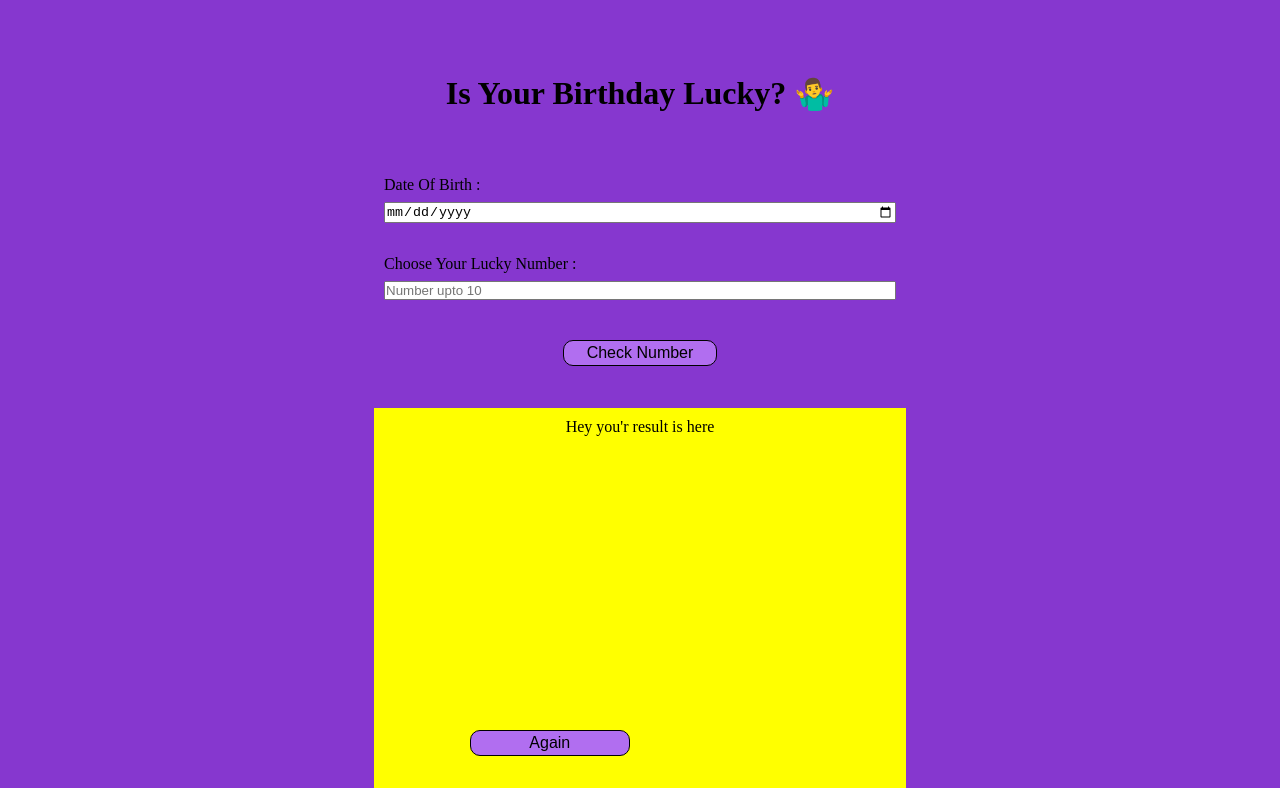
Repository: patelamancode/Lucky-Birthday-App
Page: index.html
These files come from the project's save history. The page is drawn as it stood at one moment and after the next save; the edit follows.
The browser window is 1280 px wide. The pictures show the whole page.

Above is the page before, as saved 2022-11-23 15:20:36.

### index.html
<!DOCTYPE html>
<html lang="en">
<head>
    <meta charset="UTF-8">
    <meta http-equiv="X-UA-Compatible" content="IE=edge">
    <meta name="viewport" content="width=device-width, initial-scale=1.0">
    <link rel="stylesheet" href="index.css">
    <title>Is your birthday lucky</title>
</head>
<body>
    <div id="main-container">
        <h1 class="app-title">Is Your Birthday Lucky? 🤷‍♂️</h1>
        <label for="date-of-birth" class="dob">Date Of Birth :</label>
        <input type="date" id="selected-dob">
        <label for="lucky-number" class="favourite-number">Choose Your Lucky Number :</label>
        <input type="number" class="user-number" placeholder="Number upto 10">
        <button id="check-btn">Check Number</button>
    </div>
    <div id="graphic-container">
        <p id="final-result">Hey you'r result is here</p>
        <button id="back-btn">Again</button>
    </div>
    <script src="index.js"></script>
</body>
</html>

### index.css
*{
    margin: 0;
    padding: 0;
}
 body{
    background-color: rgb(134, 55, 207);
 }

 #main-container {
    display: flex;
    flex-direction: column;
    width: 40vw;
    margin: auto;
    margin-top: 2rem;
    padding: 10px;
    text-align: center;
 }

 .app-title{
    margin: 2rem 0;
 }
 label{
    width: auto;
    text-align: left;
    margin-top: 2rem;
    margin-bottom: 0.5rem;
 }
 /* input{
    -webkit-appearance: none;
    box-shadow: none !important;
 } */
 button{
    margin: auto;
    margin-top: 2.5rem;
    width: 30%;
    padding: 3px;
    font-size: 1rem;
    font-weight: 500;
    border: 1px solid;
    background-color: rgb(177, 110, 240);
    border-radius: 10px;
 }

/* change in display to flex from none */
 #graphic-container{
    display: flex;
    flex-direction: column;
    width: 40vw;
    height: 50vh;
    margin: auto;
    margin-top: 2rem;
    padding: 10px;
    text-align: center;
    background-color: yellow;
    position: relative;

 }
 .final-result{

 }

 #back-btn{
   position: absolute;
   bottom: 2rem;
   left: 6rem;
 }

### index.js
const checkButton = document.querySelector('#check-btn');
const appContent = document.querySelector('#main-container');
const userBirthDate = document.querySelector('#selected-dob');
const luckyNumber = document.querySelector('.user-number');
const graphicDisplay = document.querySelector('#graphic-container');
const backButton = document.querySelector('#back-btn');



function showResult() {
    hideContent();
    graphicDisplay.style.display = "flex";
};

function hideContent() {
    appContent.style.display = "none";
};


function specialDateIs() {
    let value = userBirthDate.value.split("-");
    var sum = 0;
    for (let i = 0; i < value.length; i++) {
        sum += parseInt(value[i]);
    }
    console.log(sum);
    if (sum % luckyNumber.value == 0) {
        console.log("you have a special birthdate")
    } else console.log("Opps your birthdate is normal");

};


checkButton.addEventListener('click', function() {
    specialDateIs();
    showResult();
    console.log(value);
});

backButton.addEventListener('click',function(){
    appContent.style.display = "flex";
    graphicDisplay.style.display = "none"
    window.location.reload();
});

After the next save:
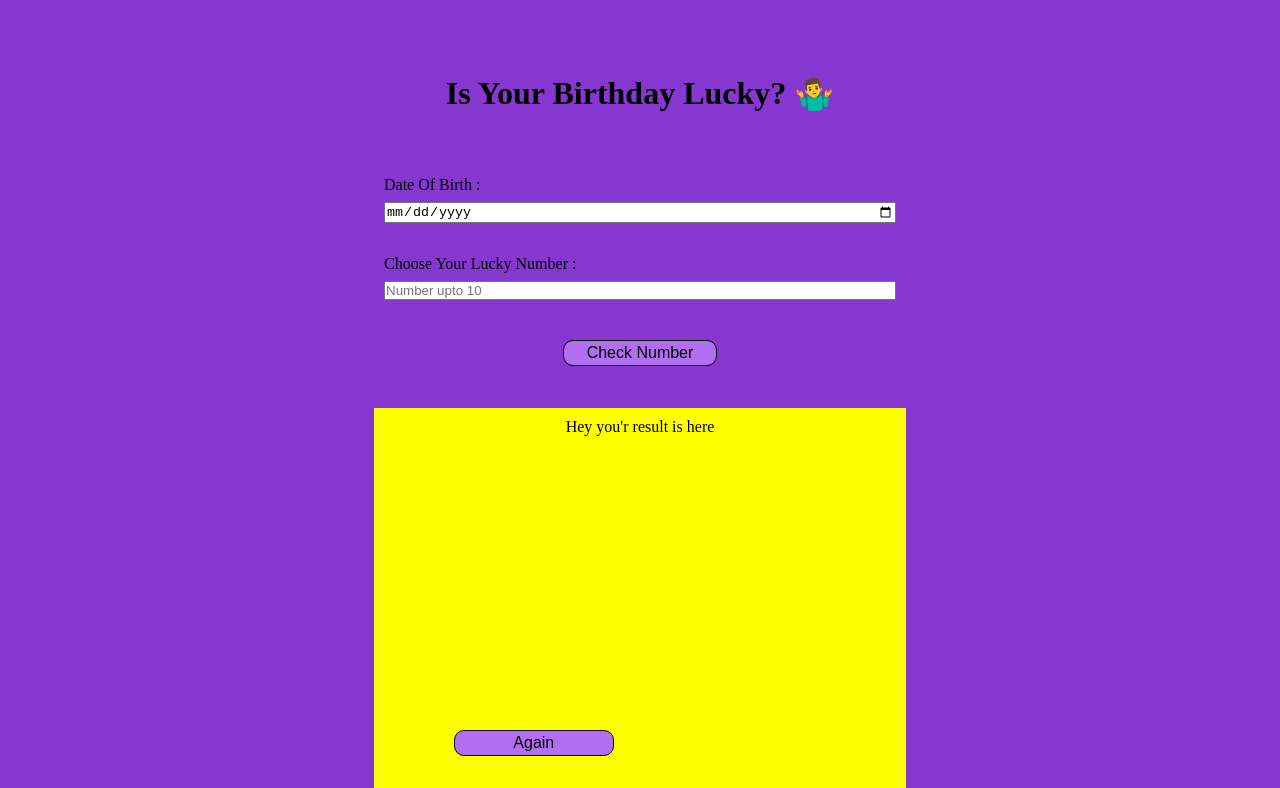
Saved 18 s later.
--- a/index.css
+++ b/index.css
@@ -62,5 +62,5 @@
  #back-btn{
    position: absolute;
    bottom: 2rem;
-   left: 6rem;
+   left: 5rem;
  }
